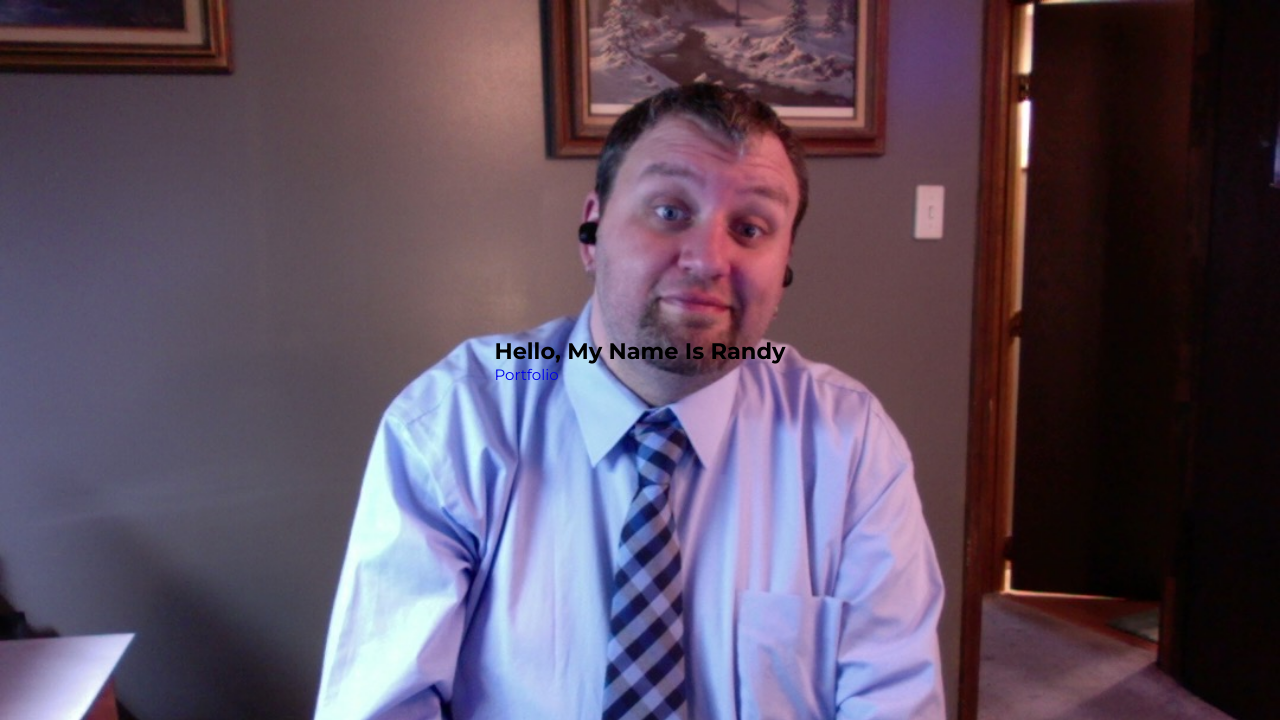
Repository: randysteele/my-portfolio-2023
Page: index.html
These files come from the project's save history. The page is drawn as it stood at one moment and after the next save; the edit follows.
The browser window is 1280 px wide. The pictures show the whole page.

Above is the page before, as saved 2023-04-22 14:14:30.

### index.html
<!DOCTYPE html>
<html lang="en">
<head>
    <meta charset="UTF-8">
    <meta http-equiv="X-UA-Compatible" content="IE=edge">
    <meta name="viewport" content="width=device-width, initial-scale=1.0">
    <link rel="stylesheet" href="style.css">
    <title>Randy Steele Portfolio</title>
</head>
<body>
    <!-- Hero Section -->
    <section id="hero">
        <div class="hero container">
            <div>
            <h1>Hello, My Name Is Randy</h1>
            <a href="#" type="button" class="cta">Portfolio</a>
        </div>
    </div>
    </section>


    <!-- End Hero Section -->
</body>
</html>

### style.css
@import url('https://fonts.googleapis.com/css2?family=Montserrat:wght@300;400;700&display=swap');
* {
    padding: 0;
    margin: 0;
    box-sizing: border-box;
}
html {
    font-size: 15px;
    font-family: "Montserrat", "sans-serif";
}
a {
    text-decoration: none;
}
.container {
    min-height: 100vh;
    width: 100%;
    display: flex;
    align-items: center;
    justify-content: center;
}
/* Hero Section */
#hero {
    background-image: url(./img/me1.jpeg);
    background-size: cover;
    background-position: top center;
    position: relative;
}
/* End Hero Section */

After the next save:
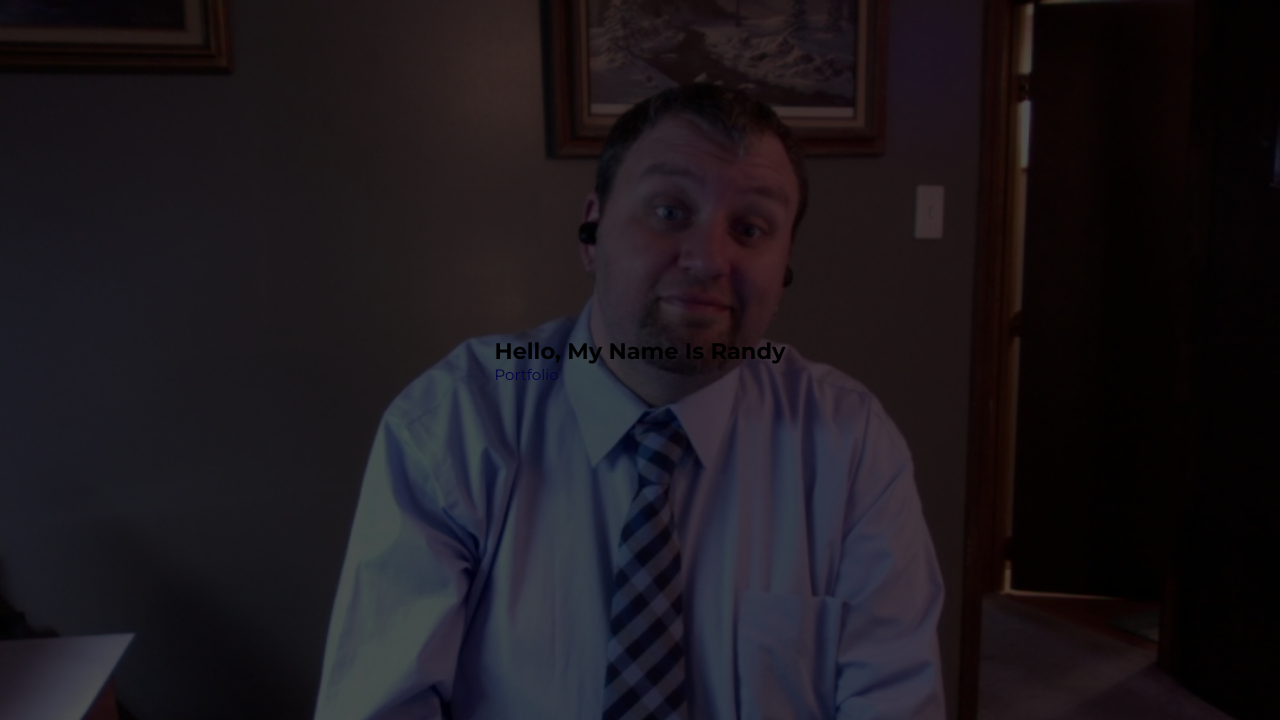
Saved 80 s later.
--- a/style.css
+++ b/style.css
@@ -25,4 +25,14 @@
     background-position: top center;
     position: relative;
 }
+#hero::after{
+    content: '';
+    position: absolute;
+    left: 0;
+    top: 0;
+    height: 100%;
+    width: 100%;
+    background-color: black;
+    opacity: 0.7;
+}
 /* End Hero Section */
